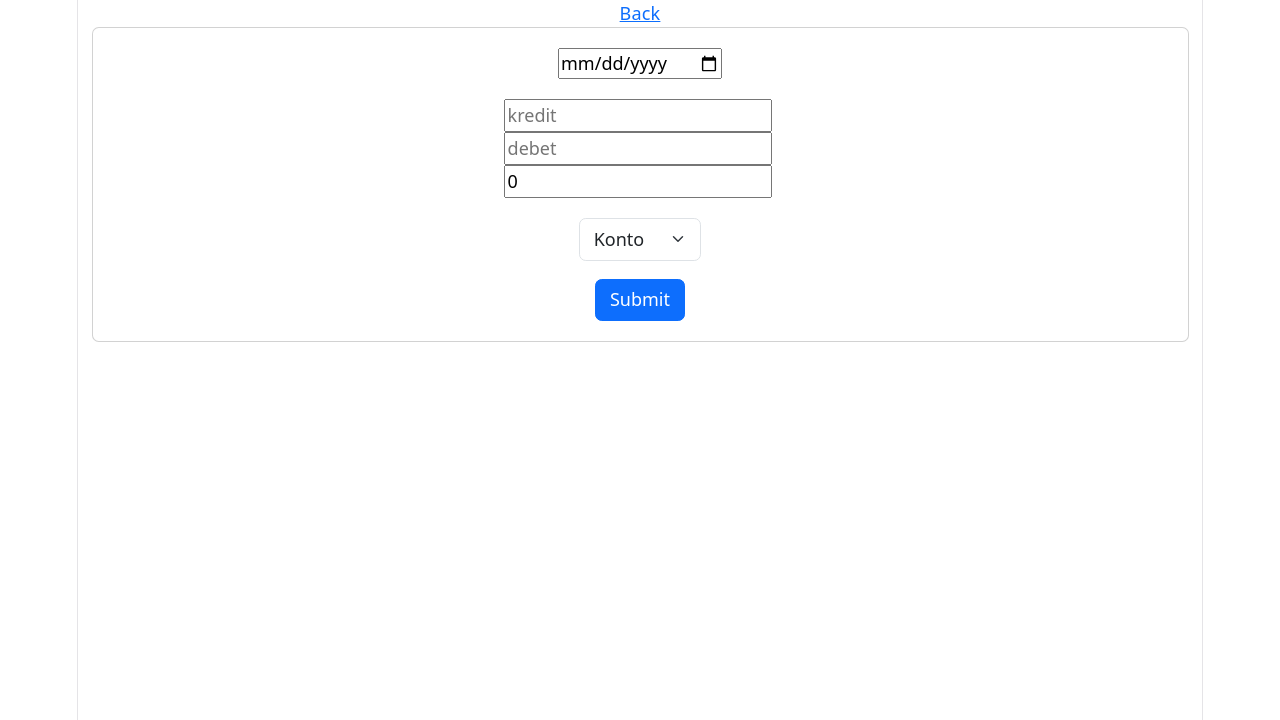
Repository: supply24/kidsaccount
Page: /action
The author's editor kept a copy of each file at every save. The page is drawn from the files as they stood at one save, then again after the next save.
The browser window is 1280 px wide. The pictures show the whole page.
The page's requests for data from a server got no answer. The project was rebuilt for these pictures with package versions that can differ from the ones it lists, and the page was loaded fresh each time. No one was signed in, and anything a server would have sent is missing. Also part of the build but not shown: vite.config.js, src/App.css, src/App.jsx, src/Homing.jsx, src/Emilia.jsx, src/Alexander.jsx.

Above is the page before, as saved 2026-08-01 05:41:05.

### index.html
<!doctype html>
<html lang="en">
  <head>
    <meta charset="UTF-8" />
    <link rel="icon" type="image/svg+xml" href="/favicon.svg" />
    <meta name="viewport" content="width=device-width, initial-scale=1.0" />
    <title>accounter</title>
    <link
  rel="stylesheet"
  href="https://cdn.jsdelivr.net/npm/bootstrap@5.3.5/dist/css/bootstrap.min.css"
  integrity="sha384-SgOJa3DmI69IUzQ2PVdRZhwQ+dy64/BUtbMJw1MZ8t5HZApcHrRKUc4W0kG879m7"
  crossorigin="anonymous"
/>
  </head>
  <body>
    <div id="root"></div>
    <script type="module" src="/src/main.jsx"></script>
  </body>
</html>

### src/main.jsx
import { StrictMode } from 'react'
import { createRoot } from 'react-dom/client'
import { createBrowserRouter, RouterProvider } from 'react-router-dom'
import './index.css'
import App from './App.jsx'
import Homing from "./Homing.jsx"
import Actions from "./Actions.jsx"
import Emilia from "./Emilia.jsx"
import Alexander from "./Alexander.jsx"

const router = createBrowserRouter ([
{path:"/",
  element:<Homing/>
}  ,
{path:"/action",
  element:<Actions/>
},
{path:"/emlia",
  element:<Emilia/>
},
{path:"/alex",
  element:<Alexander/>
}
])

createRoot(document.getElementById('root')).render(
  <StrictMode>
    <RouterProvider router={router}/>
  </StrictMode>,
)

### src/index.css
:root {
  --text: #6b6375;
  --text-h: #08060d;
  --bg: #fff;
  --border: #e5e4e7;
  --code-bg: #f4f3ec;
  --accent: #aa3bff;
  --accent-bg: rgba(170, 59, 255, 0.1);
  --accent-border: rgba(170, 59, 255, 0.5);
  --social-bg: rgba(244, 243, 236, 0.5);
  --shadow:
    rgba(0, 0, 0, 0.1) 0 10px 15px -3px, rgba(0, 0, 0, 0.05) 0 4px 6px -2px;

  --sans: system-ui, 'Segoe UI', Roboto, sans-serif;
  --heading: system-ui, 'Segoe UI', Roboto, sans-serif;
  --mono: ui-monospace, Consolas, monospace;

  font: 18px/145% var(--sans);
  letter-spacing: 0.18px;
  color-scheme: light dark;
  color: var(--text);
  background: var(--bg);
  font-synthesis: none;
  text-rendering: optimizeLegibility;
  -webkit-font-smoothing: antialiased;
  -moz-osx-font-smoothing: grayscale;

  @media (max-width: 1024px) {
    font-size: 16px;
  }
}

@media (prefers-color-scheme: dark) {
  :root {
    --text: #9ca3af;
    --text-h: #f3f4f6;
    --bg: #16171d;
    --border: #2e303a;
    --code-bg: #1f2028;
    --accent: #c084fc;
    --accent-bg: rgba(192, 132, 252, 0.15);
    --accent-border: rgba(192, 132, 252, 0.5);
    --social-bg: rgba(47, 48, 58, 0.5);
    --shadow:
      rgba(0, 0, 0, 0.4) 0 10px 15px -3px, rgba(0, 0, 0, 0.25) 0 4px 6px -2px;
  }

  #social .button-icon {
    filter: invert(1) brightness(2);
  }
}

body {
  margin: 0;
}

#root {
  width: 1126px;
  max-width: 100%;
  margin: 0 auto;
  text-align: center;
  border-inline: 1px solid var(--border);
  min-height: 100svh;
  display: flex;
  flex-direction: column;
  box-sizing: border-box;
}

h1,
h2 {
  font-family: var(--heading);
  font-weight: 500;
  color: var(--text-h);
}

h1 {
  font-size: 56px;
  letter-spacing: -1.68px;
  margin: 32px 0;
  @media (max-width: 1024px) {
    font-size: 36px;
    margin: 20px 0;
  }
}
h2 {
  font-size: 24px;
  line-height: 118%;
  letter-spacing: -0.24px;
  margin: 0 0 8px;
  @media (max-width: 1024px) {
    font-size: 20px;
  }
}
p {
  margin: 0;
}

code,
.counter {
  font-family: var(--mono);
  display: inline-flex;
  border-radius: 4px;
  color: var(--text-h);
}

code {
  font-size: 15px;
  line-height: 135%;
  padding: 4px 8px;
  background: var(--code-bg);
}

### src/Actions.jsx
import React, {useEffect, useState} from 'react'
import {Col, Row, Button, Form, Container, Card} from "react-bootstrap"
import { createClient } from "@supabase/supabase-js"
import {supabase} from "./data/Export/Supabase.jsx"
import number from "./data/Export/Numbers.jsx"
import {Link} from "react-router-dom"

const Actions = () => {
  const [konto, setKonto]=useState("")
  const [numbers, setNumbers]=useState("")
  const [datetime, setDatetime]=useState("")
  const [kredit, setKredit]=useState("")
  const [debet, setDebet]=useState("")
  const [kontox, setKontox]=useState("")
  const [accounter, setAccounter]=useState("")
  const [ setSumx ]=useState("")

  const handleNumbers =(e)=>{
    setNumbers(e.target.value)
  }

  const handleDatetime=(e)=>{
    setDatetime(e.target.value)
      }

      const handleKredit = (e)=>{
        setKredit(e.target.value)
      }
      const handleDebet = (e)=>{
        setDebet(e.target.value)
      }

      const handleKontox = (e)=>{
        setKontox(e.target.value)
      }
      const handleSumx = (e)=>{
        setSumx(e.target.value)
      }

            const sumx = (debet) - (kredit)

      const payload= [{
    konto :{ kredit, debet, kontox, sumx}, datetime
               }]
      const handleSubmit=async(e)=>{
        e.preventDefault()
          const {data, error} = await supabase.from("Accounting").insert(payload);
          if(error)
            console.error("error yes", error)
            else{
              console.error("konto info", data)
      }}

      useEffect(()=>{
        getCounts()
      },[]
      )

      async function getCounts(){
        const {data, error} = await supabase.from("Accounting").select("*")
        setAccounter(data)
        console.log("konton hämtade", data ? data: "no fetch")
      }

      function Break () {
        return (
          <div style={{marginTop:"20px"}}></div>)
      }



  return (
    <div>
      <Link to="/">Back</Link>

        <Container>



          <Card>
            <Form onSubmit={handleSubmit}>
              <Col md={4} className="mx-auto" style={{marginTop:"20px"}}>
<input type="date" value={datetime} onChange={handleDatetime} /><Break/>
<input type="number" value={kredit} onChange={handleKredit} placeholder='kredit'/>&nbsp;
<input type="number" value={debet} onChange={handleDebet} placeholder='debet'/>&nbsp;
<input type="number" value={sumx} onChange={handleSumx} placeholder='sumx'/>&nbsp;
<Col align="center" md  ={4} className="mx-auto" style={{marginTop:"20px"}}>
        <Form.Group className="mb-3" controlId="formBasicEmail">
          <Form.Select
          type="dropdown"
          onChange={(e)=>setKontox(e.target.value)}>
            <option value={kontox}>Konto</option>
            {number.map((account)=>(
              <option key={account.id}>{account.kontox}</option>
            ))}
</Form.Select>
        </Form.Group></Col>



        <Button type="submit" style={{marginBottom:20}}>Submit</Button></Col>

         </Form> </Card></Container>  </div>
  )
}

export default Actions

### src/data/Export/Supabase.jsx
import React from "react";
import {createClient} from '@supabase/supabase-js'

/*
const supabaseUrl = 'https://rfzavnmxfanengjuapns.supabase.co'
//const supabaseKey = process.env.SUPABASE_KEY
const supabaseKey= "eyJhbGciOiJIUzI1NiIsInR5cCI6IkpXVCJ9.eyJpc3MiOiJzdXBhYmFzZSIsInJlZiI6InJmemF2bm14ZmFuZW5nanVhcG5zIiwicm9sZSI6ImFub24iLCJpYXQiOjE3ODQ3NzUzMzMsImV4cCI6MjEwMDM1MTMzM30.uY-HxfNB9RcQpFpu75w03NXVAMYMurzfTEnpVtIfYG8"
const supabase = createClient(supabaseUrl, supabaseKey)
*/

export const supabase = createClient(
    import.meta.env.VITE_SUPABASE_URL,
    import.meta.env.VITE_SUPABASE_PUBLISHABLE_DEFAULT_KEY
)

### src/data/Export/Numbers.jsx
const number = [
    {id:"101", kontox:"128", debet:"", kredit:""},
    {id:"201", kontox:"199",  debet:"", kredit:""},
       {id:"301", kontox:"112",  debet:"", kredit:""},
           {id:"501", kontox:"562",  debet:"", kredit:""}
]

export default number

After the next save:
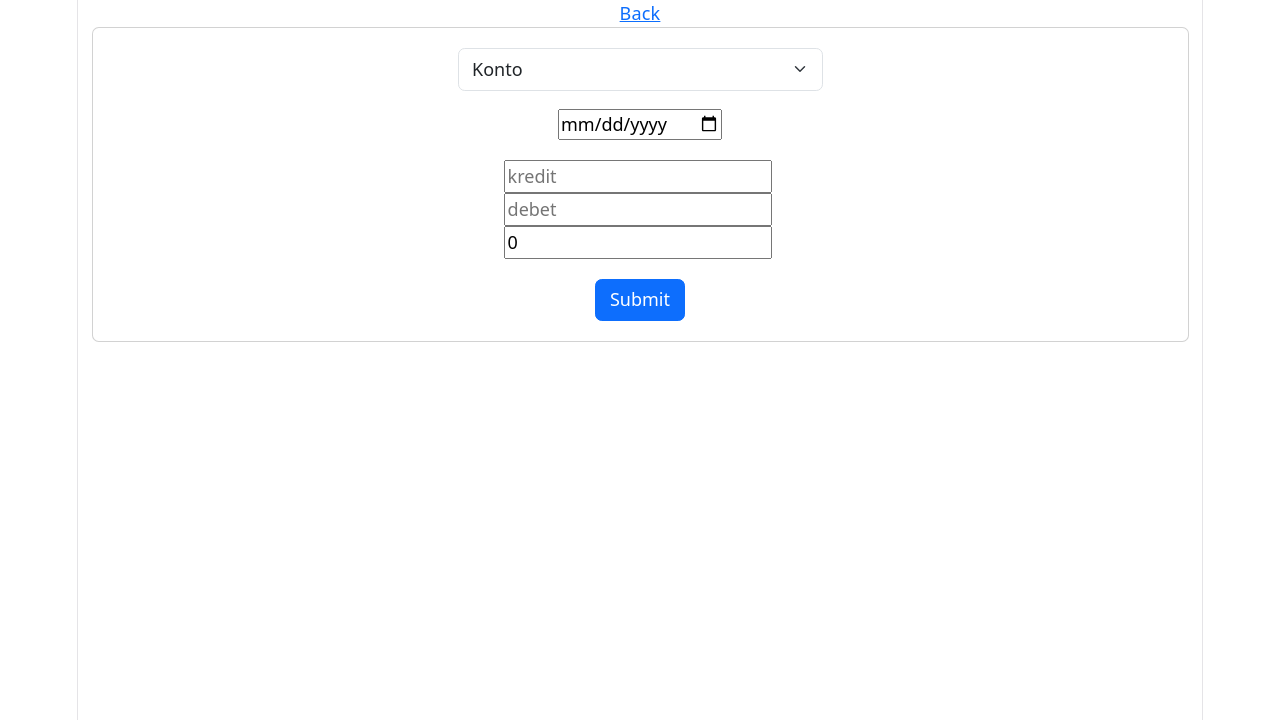
Saved 94 s later.
--- a/src/Actions.jsx
+++ b/src/Actions.jsx
@@ -80,21 +80,29 @@ const Actions = () => {
           <Card>
             <Form onSubmit={handleSubmit}>
               <Col md={4} className="mx-auto" style={{marginTop:"20px"}}>
+
+
+<Form.Group className="mb-3" controlId="formBasicEmail">
+  <Form.Select type ="dropdown" onChange={(e)=>setKonto(e.target.value)}>
+    <option value={konto}>Konto</option>
+    {number.map((account)=>(
+      <option key={account.id}>{account.kontox}</option>
+    ))}
+  </Form.Select>
+</Form.Group>
+
+
+
+
+
+
+
 <input type="date" value={datetime} onChange={handleDatetime} /><Break/>
 <input type="number" value={kredit} onChange={handleKredit} placeholder='kredit'/>&nbsp;
 <input type="number" value={debet} onChange={handleDebet} placeholder='debet'/>&nbsp;
 <input type="number" value={sumx} onChange={handleSumx} placeholder='sumx'/>&nbsp;
 <Col align="center" md  ={4} className="mx-auto" style={{marginTop:"20px"}}>
-        <Form.Group className="mb-3" controlId="formBasicEmail">
-          <Form.Select
-          type="dropdown"
-          onChange={(e)=>setKontox(e.target.value)}>
-            <option value={kontox}>Konto</option>
-            {number.map((account)=>(
-              <option key={account.id}>{account.kontox}</option>
-            ))}
-</Form.Select>
-        </Form.Group></Col>
+  </Col>
 
 
 
